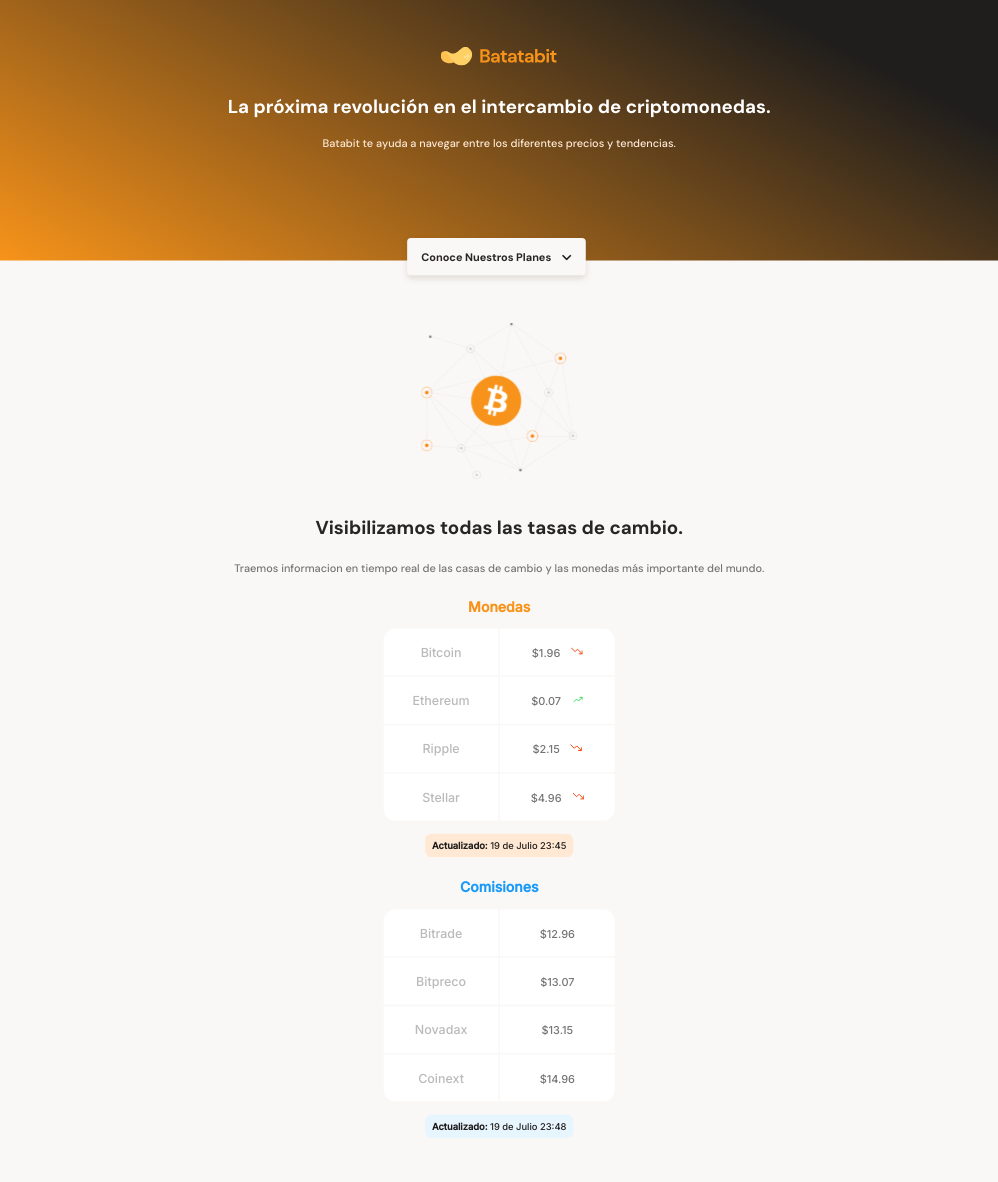
Repository: EnzoSz/Mobile-First
Page: index.html
An editor plug-in stored every save of this project. The page is shown before and after the next save, followed by the edit.
The browser window is 1280 px wide. The pictures show the whole page, at 78% of full size.

Above is the page before, as saved 2021-01-28 22:20:38.

After the next save:
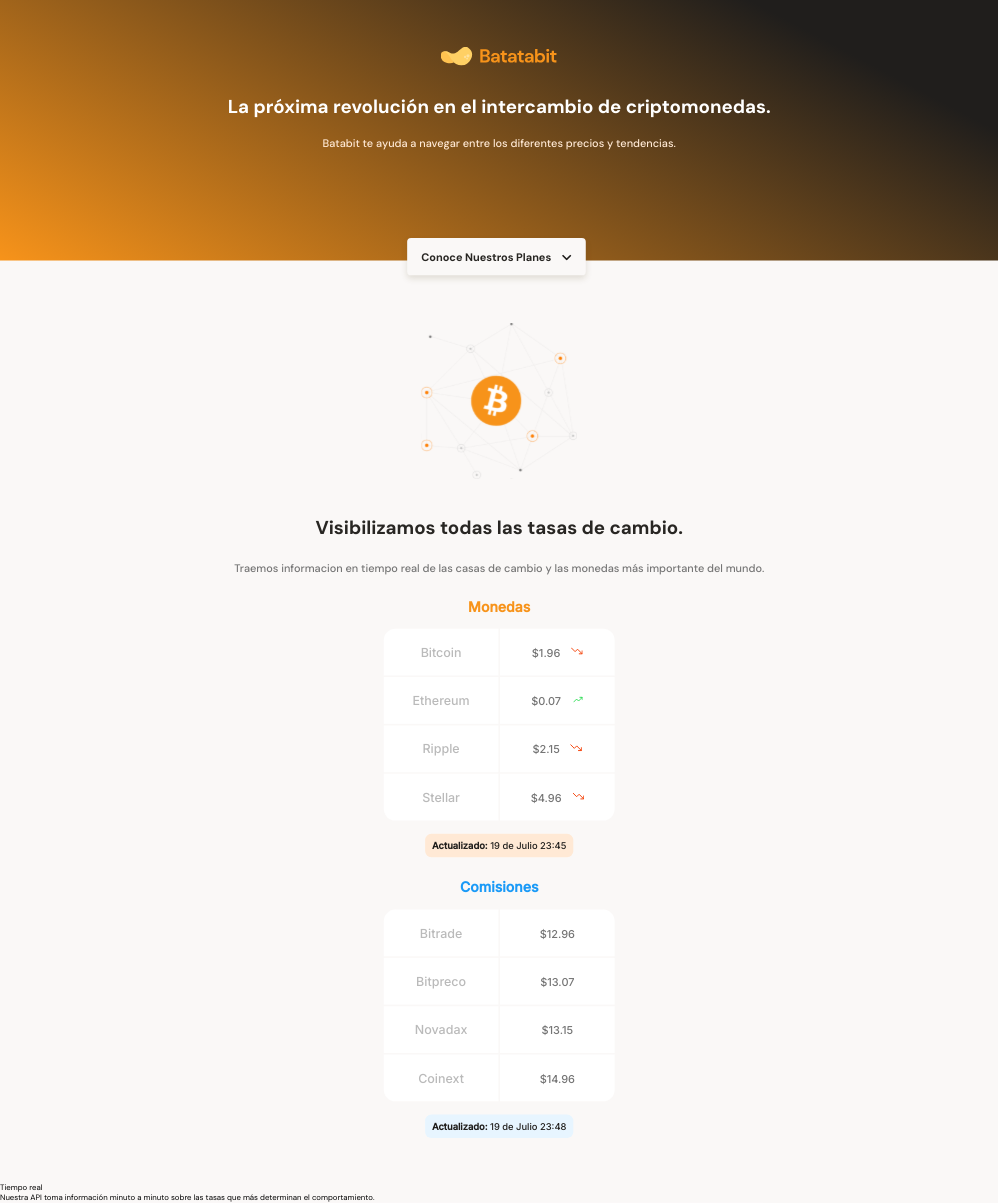
Saved 18 h 58 min later.
--- a/index.html
+++ b/index.html
@@ -86,7 +86,29 @@
                 </div>
             </section>
         </section>
-        <section></section>
+        <section class="main-product-detail">
+            <span></span>
+            <div>
+                <h2>
+
+                </h2>
+                <p>
+
+                </p>
+                <section class="product-cards--container">
+                    <article class="product-detail--card">
+                        <span class="clock"></span>
+                        <p class="product--card-title">Tiempo real</p>
+                        <p class="product--card-body">
+                            Nuestra API toma información minuto a minuto sobre las tasas que más determinan el comportamiento.
+                        </p>
+                    </article>
+                    <article></article>
+                    <article></article>
+                    <article></article>
+                </section>
+            </div>
+        </section>
         <section></section>
         <section></section>
     </main>
